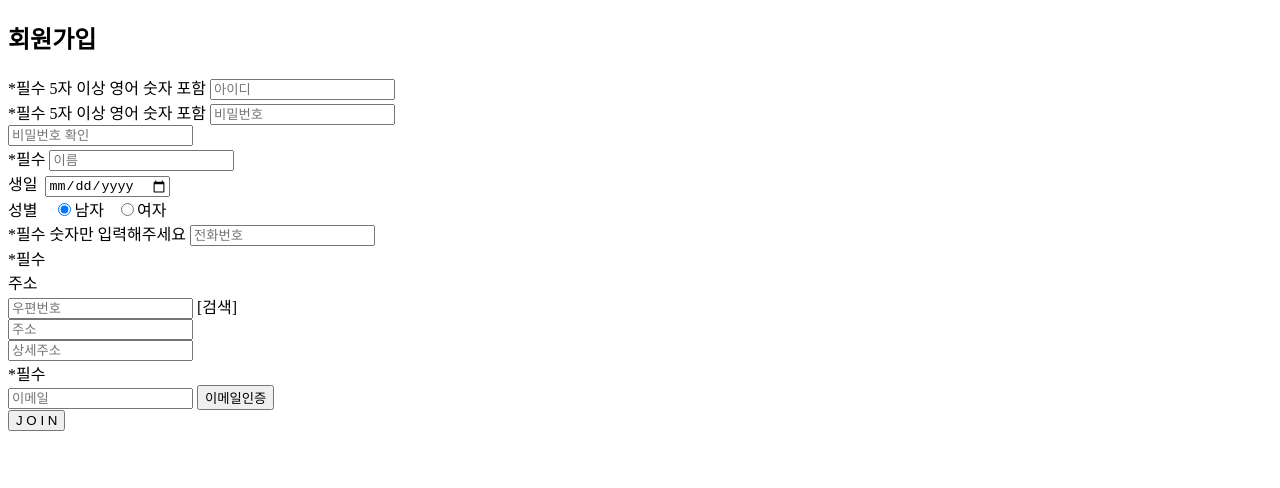
Repository: chmyj2/Team2_Final-project
Page: http://localhost/FinalProject/WEB-INF/views/2Team/t2login/t2_join.jsp
These files come from the project's save history. The page is drawn as it stood at one moment and after the next save; the edit follows.
The browser window is 1280 px wide. The pictures show the whole page.
The page is served by Tomcat 9. Nobody is signed in. Other server files are loaded and not shown. The template is opened directly, without the code that normally fills it, so the values that code supplies are empty.

Above is the page before, as saved 2022-09-02 07:42:32.

### FinalProject/src/main/webapp/WEB-INF/views/2Team/t2login/t2_join.jsp
<%@ page language="java" contentType="text/html; charset=UTF-8"
    pageEncoding="UTF-8"%>
<%@ taglib uri="http://java.sun.com/jsp/jstl/core" prefix="c" %>
<!DOCTYPE html>
<html>
<head>
<meta charset="UTF-8">
<title>Insert title here</title>
</head>
<body>
<div class="t2-join-outdiv">
<form action="joinDo" method="POST" class="joinForm" name="joinForm" onsubmit="return joinCheck()">

      <h2>회원가입</h2>
      <div class="join-textForm">
      	<span class="jointxt">*필수 5자 이상 영어 숫자 포함</span>
        <input name="member_ID" type="text" class="join-id" placeholder="아이디" id="joinMember_ID">
        <span id="idcheckResult"></span> <br>
        <span id="IDValidCheck"></span>
      </div>

      <div class="join-textForm">
      	<span class="jointxt">*필수 5자 이상 영어 숫자 포함</span>
        <input name="member_PW"  class="join-pw" placeholder="비밀번호">
      </div>

       <div class="join-textForm">
        <input name="loginPwConfirm"  class="join-pw2" placeholder="비밀번호 확인">
        <span class="pwCheckResult"></span>
      </div>

      <div class="join-textForm">
      <span class="jointxt-only">*필수</span>
        <input name="member_name"  class="join-name" placeholder="이름">
      </div>

      <div class="join-textForm brith">
      	생일&nbsp;&nbsp;<input name="member_birth" type="date" class="join-birth" >
      </div>

      <div class="join-textForm brith">
      	성별 &nbsp;&nbsp;
        <input name="member_sex" type="radio" class="join-sex" value="m" checked="checked">남자
        &nbsp;&nbsp;<input name="member_sex" type="radio" class="join-sex" value="w">여자
      </div>

      <div class="join-textForm">
      	<span class="jointxt">*필수 숫자만 입력해주세요</span>
        <input name="member_phoneNum" type="number" class="join-cellphoneNo" placeholder="전화번호">
      </div>

      <div class="join-textForm addr">
      <span class="jointxt-only-addr">*필수</span><br>
       주소<br>
        <input id="join_addr3Input" readonly="readonly" name="m_addr3" maxlength="5" autocomplete="off" placeholder="우편번호">
		<span id="addrSearchBtn">[검색]</span><br>
		<input id="join_addr1Input" readonly="readonly" name="m_addr1" maxlength="30" autocomplete="off" placeholder="주소"><br>
		<input id="join_addr2Input" name="m_addr2" maxlength="30" autocomplete="off" placeholder="상세주소">
      </div>

       <div class="join-textForm">
       <span class="jointxt-only">*필수</span><br>
        <input name="member_email" type="email" id="join-email" placeholder="이메일">
        <button type="button" id="join_mail_check">이메일인증</button><br>
        <input placeholder="인증번호를 입력해주세요" id="join_mail_num" type="hidden">
        <input type="hidden" id="join_num_check" value="emailUnCheck">
      <span id="mail-check-warn"></span> <!-- 인증코드 확인 -->
      <span id="emailcheckResult"></span> <!-- 중복확인 -->
      </div>

      <input type="hidden" name="member_linkWhere" value="1">
      <input type="hidden" name="member_paper" value="동의">
      <input type="submit" class="join-btn" value="J O I N"/>
    </form>
    </div>
</body>
</html>

After the next save:
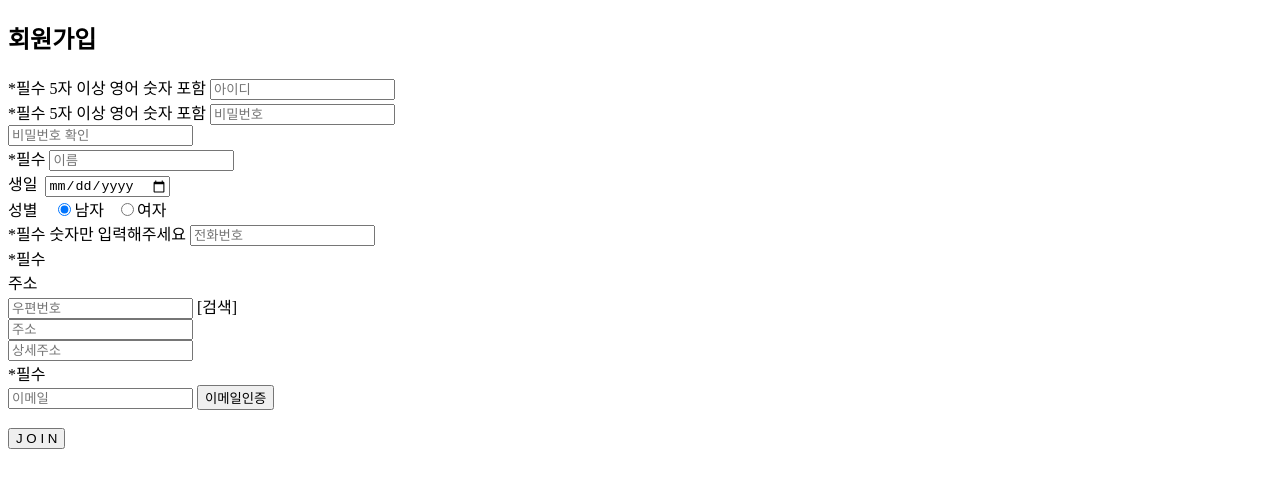
Saved 34 s later.
--- a/FinalProject/src/main/webapp/WEB-INF/views/2Team/t2login/t2_join.jsp
+++ b/FinalProject/src/main/webapp/WEB-INF/views/2Team/t2login/t2_join.jsp
@@ -62,7 +62,7 @@
        <span class="jointxt-only">*필수</span><br>
         <input name="member_email" type="email" id="join-email" placeholder="이메일">
         <button type="button" id="join_mail_check">이메일인증</button><br>
-        <input placeholder="인증번호를 입력해주세요" id="join_mail_num" type="hidden">
+        <input placeholder="인증번호를 입력해주세요" id="join_mail_num" type="hidden"> <br>
         <input type="hidden" id="join_num_check" value="emailUnCheck">
       <span id="mail-check-warn"></span> <!-- 인증코드 확인 -->
       <span id="emailcheckResult"></span> <!-- 중복확인 -->
